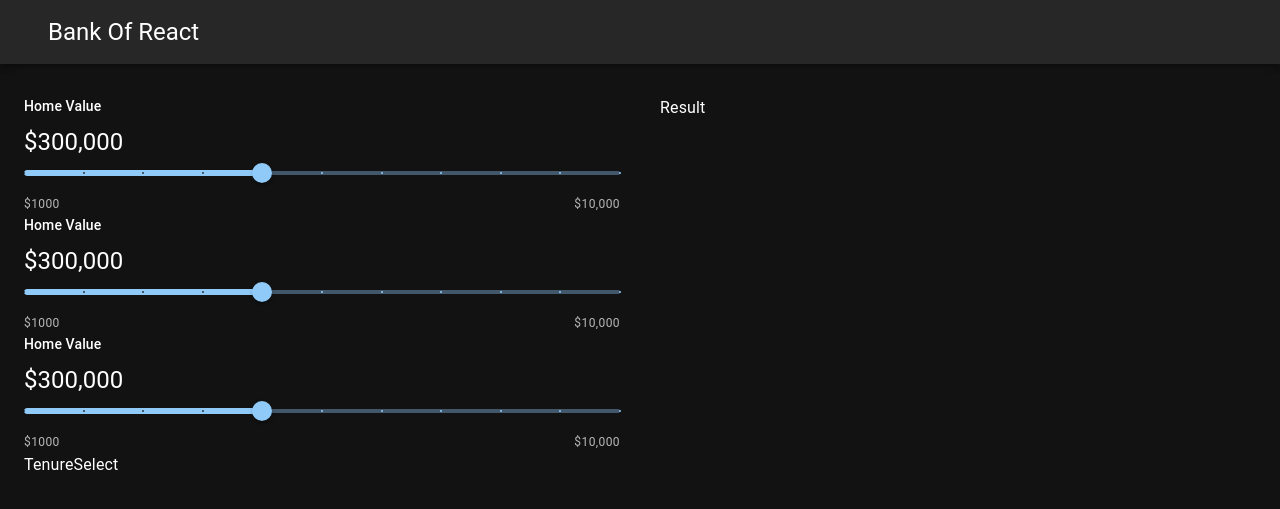
Repository: MikeeBuilds/mortgage-calculator
Page: /
An editor plug-in stored every save of this project. The page is shown before and after a run of saves, followed by the edit.
The browser window is 1280 px wide. The pictures show the whole page.
The project was rebuilt for these pictures with package versions that can differ from the ones it lists, and the page was loaded fresh each time.

Above is the page before, as saved 2023-04-03 21:38:49.

After the next 2 saves:
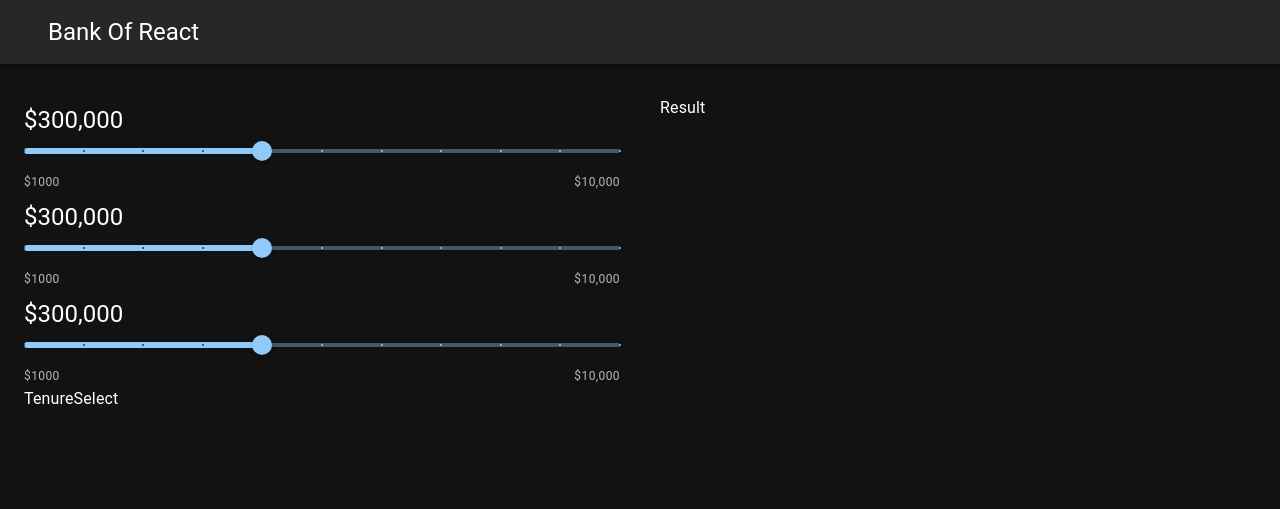
The 2 saves are shown as one change because they came seconds apart.
The last was saved 12 s later.
--- a/src/components/common/SliderComponent.js
+++ b/src/components/common/SliderComponent.js
@@ -6,7 +6,7 @@ const SliderComponent = ({ defaultValue, min, max, step, onChange, value, label
   return (
   <>
     <Stack gap={1}>
-      <Typography variant='subtitle2'>Home Value</Typography>
+      <Typography variant='subtitle2'>{label}</Typography>
       <Typography variant='h5'>$300,000</Typography>
     </Stack>
 
